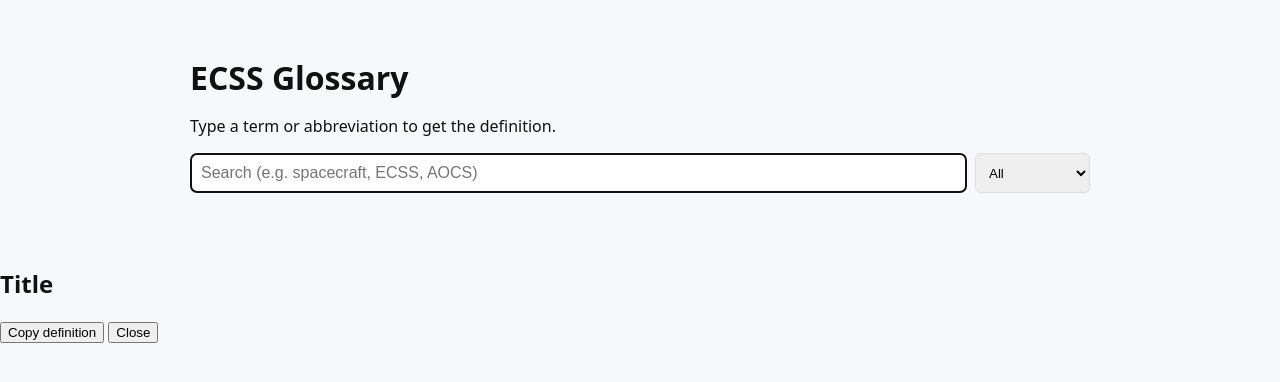
Repository: aldricprt/ecss-glossary
Page: web/index.html
The author's editor kept a copy of each file at every save. The page is drawn from the files as they stood at one save, then again after the next save.
The browser window is 1280 px wide. The pictures show the whole page.

Above is the page before, as saved 2025-10-28 13:57:15.

### web/index.html
<!doctype html>
<html lang="en">
<head>
  <meta charset="utf-8" />
  <meta name="viewport" content="width=device-width,initial-scale=1" />
  <title>ECSS Glossary — local</title>
  <link rel="stylesheet" href="styles.css">
</head>
<body>
  <main>
    <h1>ECSS Glossary</h1>
    <p>Type a term or abbreviation to get the definition.</p>

    <div class="search">
      <input id="q" type="search" placeholder="Search (e.g. spacecraft, ECSS, AOCS)" autofocus />
      <select id="filter">
        <option value="all">All</option>
        <option value="Terme">Term</option>
        <option value="Abréviation">Abbreviation</option>
      </select>
    </div>

    <div id="results"></div>
  </main>

  <!-- Modal for item detail -->
  <div id="modal" class="modal hidden" aria-hidden="true">
    <div class="modal__overlay" id="modalOverlay"></div>
    <div class="modal__panel" role="dialog" aria-modal="true" aria-labelledby="modalTitle">
      <header class="modal__header">
        <h2 id="modalTitle">Title</h2>
        <div class="modal__meta" id="modalMeta"></div>
      </header>
      <div class="modal__body" id="modalBody"></div>
      <footer class="modal__footer">
        <button id="copyBtn">Copy definition</button>
        <button id="closeBtn">Close</button>
      </footer>
    </div>
  </div>

  <script src="app.js"></script>
  <!-- Fuse.js for fuzzy search (client-side) -->
  <script src="https://cdn.jsdelivr.net/npm/fuse.js@6.6.2/dist/fuse.min.js"></script>
</body>
</html>

### web/styles.css
:root{--bg:#f7f8fb;--card:#fff;--accent:#0b5cff}
body{font-family:system-ui,-apple-system,Segoe UI,Roboto,"Helvetica Neue",Arial; background:var(--bg); color:#111; margin:0;}
main{max-width:900px;margin:36px auto;padding:20px}
h1{margin:0 0 8px}
.search{display:flex;gap:8px;margin:14px 0}
input[type=search]{flex:1;padding:10px;border:1px solid #ddd;border-radius:6px;font-size:16px}
select{padding:9px;border-radius:6px;border:1px solid #ddd}
#results{margin-top:18px}
.item{background:var(--card);padding:14px;border-radius:8px;box-shadow:0 1px 0 rgba(0,0,0,0.04);margin-bottom:10px}
.item h3{margin:0 0 6px;font-size:18px;color:var(--accent)}
.item p{margin:0;color:#222}
small{font-size:12px;color:#666}

### web/app.js
let glossary = [];
let fuse = null;

async function tryFetch(path){
  try{
    const resp = await fetch(path);
    if(!resp.ok) throw new Error(`HTTP ${resp.status}`);
    return await resp.json();
  }catch(e){
    return null;
  }
}

async function loadGlossary() {
  // Try common locations so the frontend works whether you serve the project root
  // or only the web/ folder.
  const candidates = ['data/glossary.json', '../data/glossary.json', '/data/glossary.json'];
  for(const p of candidates){
    const j = await tryFetch(p);
    if(j){
      glossary = j;
      console.log('Loaded glossary from', p, glossary.length);
      // build Fuse index
      try{
        fuse = new Fuse(glossary, {
          keys: [
            { name: 'term', weight: 0.8 },
            { name: 'definition', weight: 0.4 }
          ],
          includeMatches: true,
          threshold: 0.35,
          ignoreLocation: true,
          minMatchCharLength: 1
        });
      }catch(e){
        console.warn('Fuse initialization failed, search will fallback to simple filtering', e);
        fuse = null;
      }
      return;
    }
  }

  // If we get here, none of the paths worked
  const msg = `Impossible de charger data/glossary.json. Assurez-vous d'avoir exécuté le parseur (tools/parse_glossary.py) et de servir le projet via un serveur HTTP. Par exemple, depuis la racine du projet :\n\n  cd /path/to/ECSS\n  python3 -m http.server 8000\n\nPuis ouvrez http://localhost:8000/web/`;
  const el = document.getElementById('results');
  el.innerHTML = '';
  const pre = document.createElement('pre');
  pre.textContent = msg;
  el.appendChild(pre);
  console.error('Could not load glossary.json from any candidate path');
}

function escapeHtml(s){
  return s.replace(/[&<>"]+/g, c=>({
    '&':'&amp;','<':'&lt;','>':'&gt;','"':'&quot;'
  }[c]));
}

function highlightWithIndices(text, indices){
  if(!indices || indices.length===0) return escapeHtml(text);
  // indices: array of [start, end] (inclusive)
  indices.sort((a,b)=>a[0]-b[0]);
  let out = '';
  let pos = 0;
  for(const [s,e] of indices){
    const start = Math.max(0, s);
    const end = Math.min(text.length-1, e);
    if(start > pos){
      out += escapeHtml(text.slice(pos, start));
    }
    out += '<mark>' + escapeHtml(text.slice(start, end+1)) + '</mark>';
    pos = end+1;
  }
  if(pos < text.length) out += escapeHtml(text.slice(pos));
  return out;
}

function mkResult(item, matches){
  const div = document.createElement('div');
  div.className = 'item';
  const h = document.createElement('h3');
  const idSuffix = item.id ? ` (${item.id})` : '';
  // find match indices for term and definition
  const mTerm = (matches || []).find(m=>m.key==='term');
  const mDef = (matches || []).find(m=>m.key==='definition');
  const termHtml = highlightWithIndices(item.term, mTerm ? mTerm.indices : []);
  const defHtml = highlightWithIndices(item.definition, mDef ? mDef.indices : []);
  h.innerHTML = `${termHtml}${escapeHtml(idSuffix)} `;
  const small = document.createElement('small');
  small.textContent = item.type;
  h.appendChild(document.createTextNode(' '));
  h.appendChild(small);
  const p = document.createElement('p');
  p.innerHTML = defHtml;
  div.appendChild(h);
  div.appendChild(p);
  return div;
}

function search(q, filter) {
  if (!q) return [];
  if(fuse){
    const raw = fuse.search(q, {limit: 200});
    let results = raw.map(r=>({item: r.item, matches: r.matches}));
    if(filter && filter !== 'all') results = results.filter(r=>r.item.type===filter);
    return results.slice(0,200);
  }
  // fallback to simple filter
  const s = q.trim().toLowerCase();
  return glossary.filter(it => {
    if (filter && filter !== 'all' && it.type !== filter) return false;
    return it.term.toLowerCase().includes(s) || it.definition.toLowerCase().includes(s);
  }).slice(0, 200).map(it=>({item:it, matches:[]}));
}

function render(results) {
  const container = document.getElementById('results');
  container.innerHTML = '';
  if (!results || results.length === 0) {
    container.textContent = 'No results.';
    return;
  }
  for (const r of results) {
    if(r.item) container.appendChild(mkResult(r.item, r.matches));
    else container.appendChild(mkResult(r));
  }
}

function debounce(fn, wait=200){
  let t = null;
  return (...args)=>{
    clearTimeout(t);
    t = setTimeout(()=>fn(...args), wait);
  }
}

document.addEventListener('DOMContentLoaded', async ()=>{
  await loadGlossary();
  const q = document.getElementById('q');
  const filter = document.getElementById('filter');
  const doSearch = debounce(()=>{
    const results = search(q.value, filter.value);
    render(results);
  }, 150);
  q.addEventListener('input', doSearch);
  filter.addEventListener('change', doSearch);
});

Loaded but not shown: data/glossary.json (2492 lines, source omitted)

After the next save:
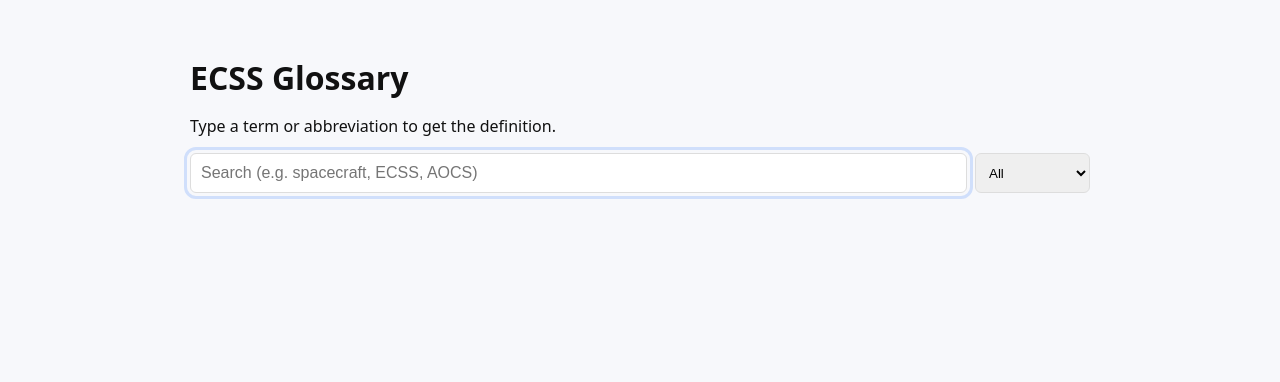
Saved 11 s later.
--- a/web/styles.css
+++ b/web/styles.css
@@ -10,3 +10,18 @@ select{padding:9px;border-radius:6px;border:1px solid #ddd}
 .item h3{margin:0 0 6px;font-size:18px;color:var(--accent)}
 .item p{margin:0;color:#222}
 small{font-size:12px;color:#666}
+
+/* Modal styles */
+.modal.hidden{display:none}
+.modal{position:fixed;inset:0;z-index:60;display:flex;align-items:center;justify-content:center}
+.modal__overlay{position:absolute;inset:0;background:rgba(0,0,0,0.45)}
+.modal__panel{position:relative;z-index:62;background:var(--card);max-width:720px;width:92%;border-radius:10px;padding:18px;box-shadow:0 10px 30px rgba(0,0,0,0.2)}
+.modal__header{display:flex;justify-content:space-between;align-items:center;margin-bottom:8px}
+.modal__header h2{margin:0;font-size:20px;color:var(--accent)}
+.modal__meta{font-size:12px;color:#666}
+.modal__body{max-height:55vh;overflow:auto;color:#111}
+.modal__footer{display:flex;gap:8px;justify-content:flex-end;margin-top:12px}
+.modal__footer button{padding:8px 10px;border-radius:6px;border:1px solid #ddd;background:#f3f6ff}
+
+/* focus outline for accessibility */
+input[type=search]:focus, select:focus, button:focus{outline:3px solid rgba(11,92,255,0.16);outline-offset:3px}
